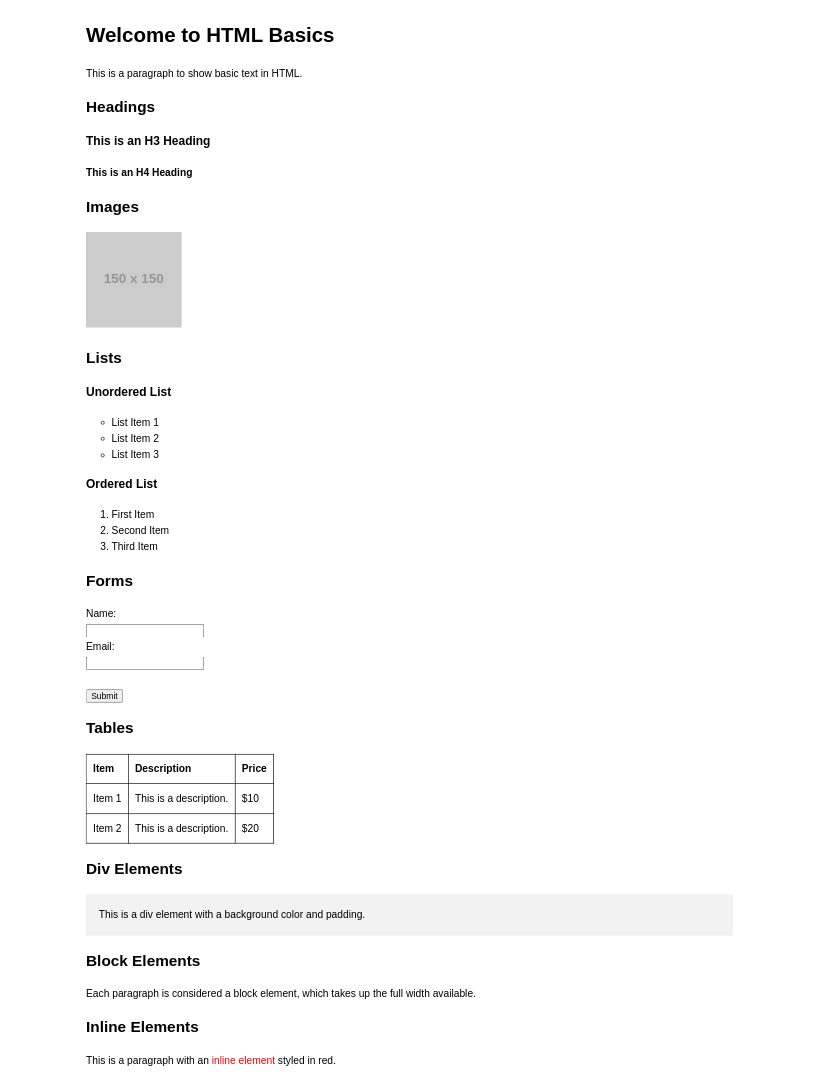
Repository: ArsalanKhan0608/Web-Development
Page: htmlBasics.html
The author's editor kept a copy of each file at every save. The page is drawn from the files as they stood at one save, then again after the next save.
The browser window is 1280 px wide. The pictures show the whole page, at 64% of full size.

Above is the page before, as saved 2024-02-02 22:02:59.

After the next save:
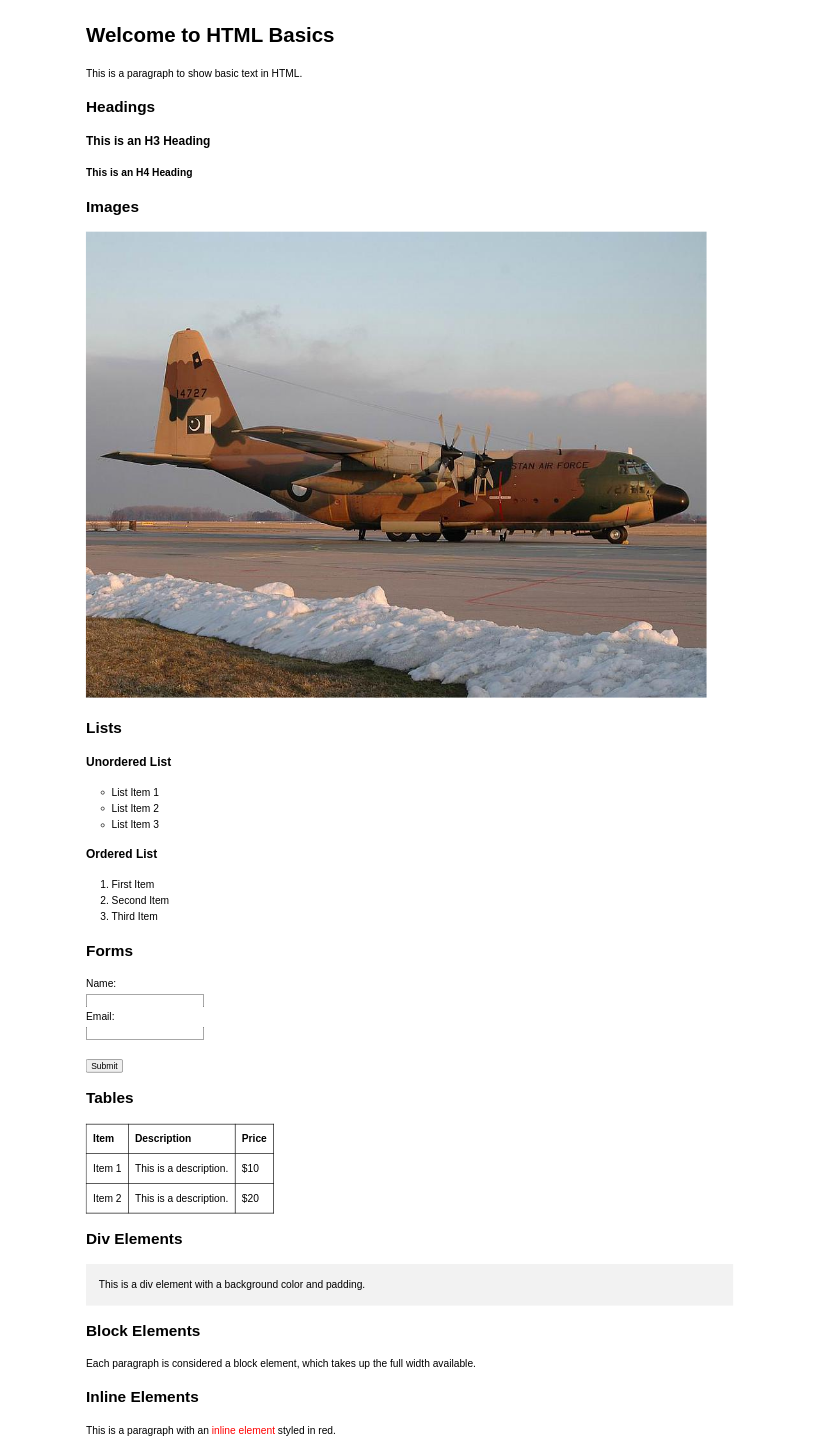
Saved 5 min 40 s later.
--- a/htmlBasics.html
+++ b/htmlBasics.html
@@ -24,7 +24,8 @@
         <h4>This is an H4 Heading</h4>
 
         <h2>Images</h2>
-        <img src="https://via.placeholder.com/150" alt="Placeholder Image">
+        <img src="c130.jpg" alt="C-130 Aircraft">
+
 
         <h2>Lists</h2>
         <h3>Unordered List</h3>
